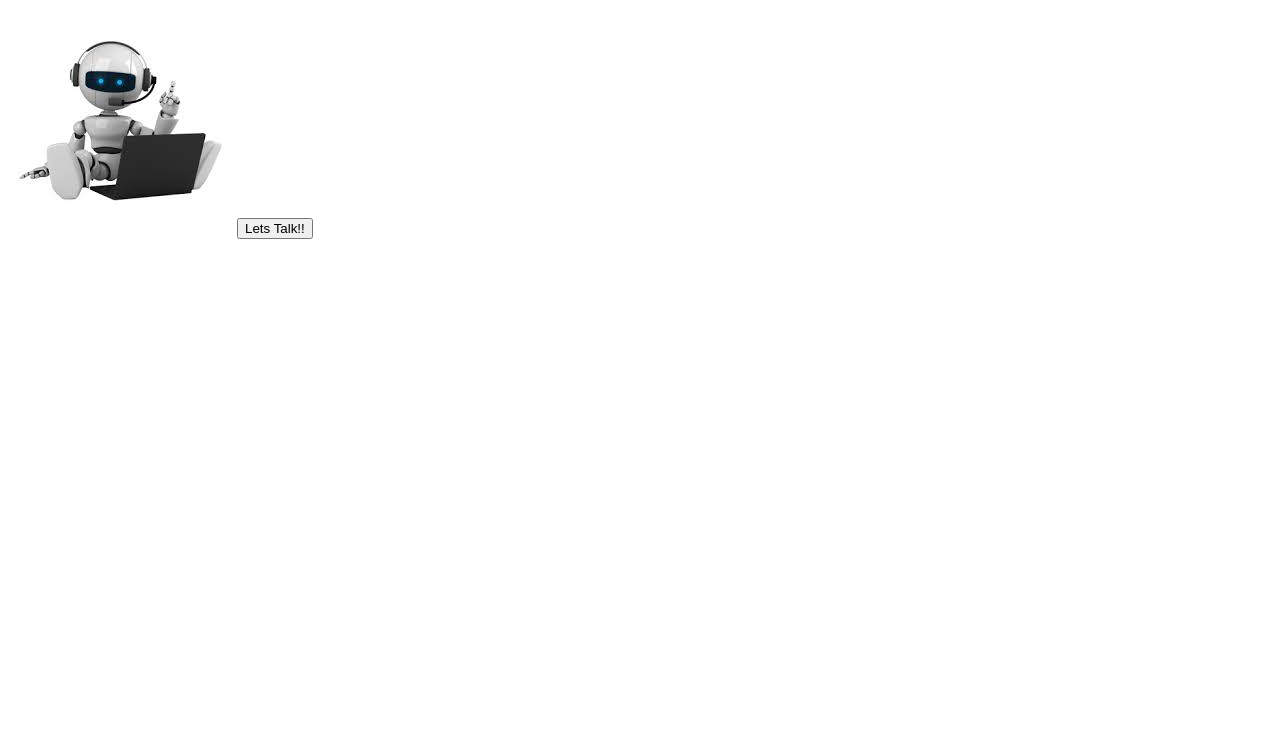
Repository: Ellisvelandia/talkingbot
Page: index.html
These files come from the project's save history. The page is drawn as it stood at one moment and after a run of saves; the edit follows.
The browser window is 1280 px wide. The page is 1288 px wide, so the pictures cover 1288 px, including what lies to the right of the window. The pictures show the whole page.

Above is the page before, as saved 2022-09-15 23:53:13.

### index.html
<!DOCTYPE html>
<html lang="en">
  <head>
    <meta charset="UTF-8" />
    <meta http-equiv="X-UA-Compatible" content="IE=edge" />
    <meta name="viewport" content="width=device-width, initial-scale=1.0" />
    <link rel="stylesheet" href="style.css" />
    <script src="app.js" defer></script>
    <title>Talking Bot</title>
  </head>
  <body>
    <img src="computer.jpeg" alt="#" />
    <button>Lets Talk!!</button>
  </body>
</html>

### style.css
body {
  width: 100%;
  height: 100vh;
  display
}

Loaded but not shown: app.js (no copy from this time; the picture is the same without it)

After the next 3 saves:
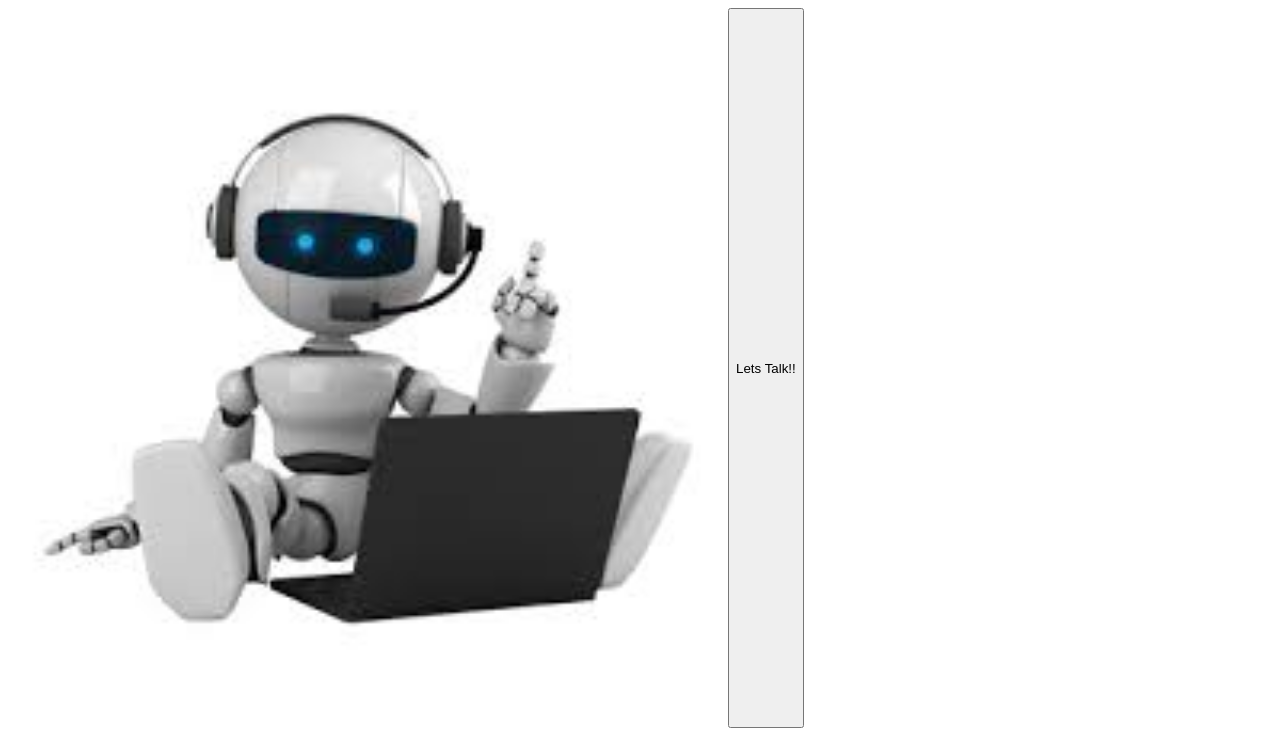
The 3 saves are shown as one change because they came seconds apart.
The last was saved 10 s later.
--- a/style.css
+++ b/style.css
@@ -1,5 +1,6 @@
 body {
   width: 100%;
   height: 100vh;
-  display
+  display: flex;
+  align-items: ;
 }
